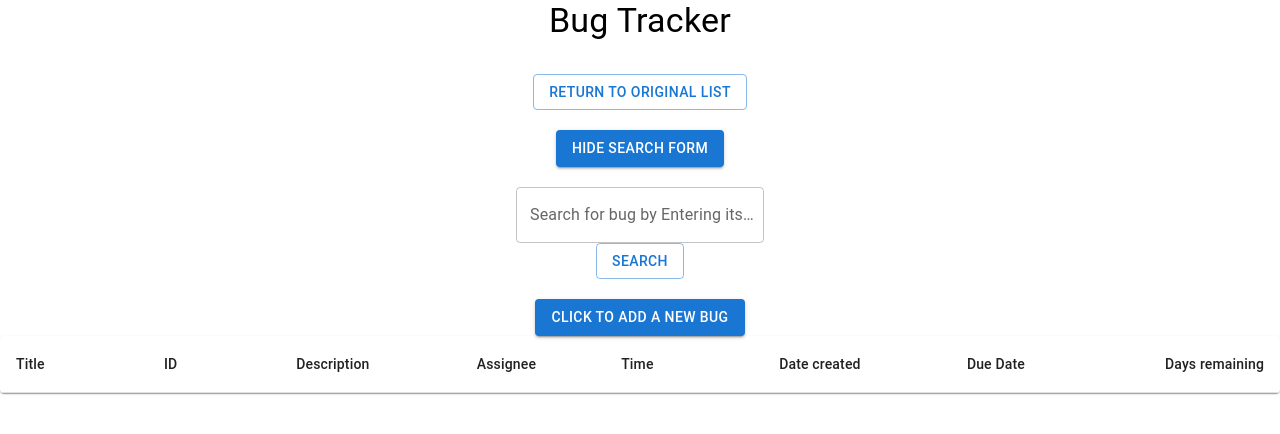
Repository: nj10deadend/RESTAPI-node-with-mongoDB
Page: /bug-table (app in client/frontend/), after clicking the first element matching `button.MuiButton-contained`
The author's editor kept a copy of each file at every save. The page is drawn from the files as they stood at one save, then again after the next save.
The browser window is 1280 px wide. The pictures show the whole page.
The page's requests for data from a server got no answer. The project was rebuilt for these pictures with package versions that can differ from the ones it lists, and the page was loaded fresh each time. No one was signed in, and anything a server would have sent is missing. Also part of the build but not shown: client/frontend/src/components/BugTableCell.js, client/frontend/src/components/Signup.js.

Above is the page before, as saved 2022-01-03 13:50:49.

After the next save:
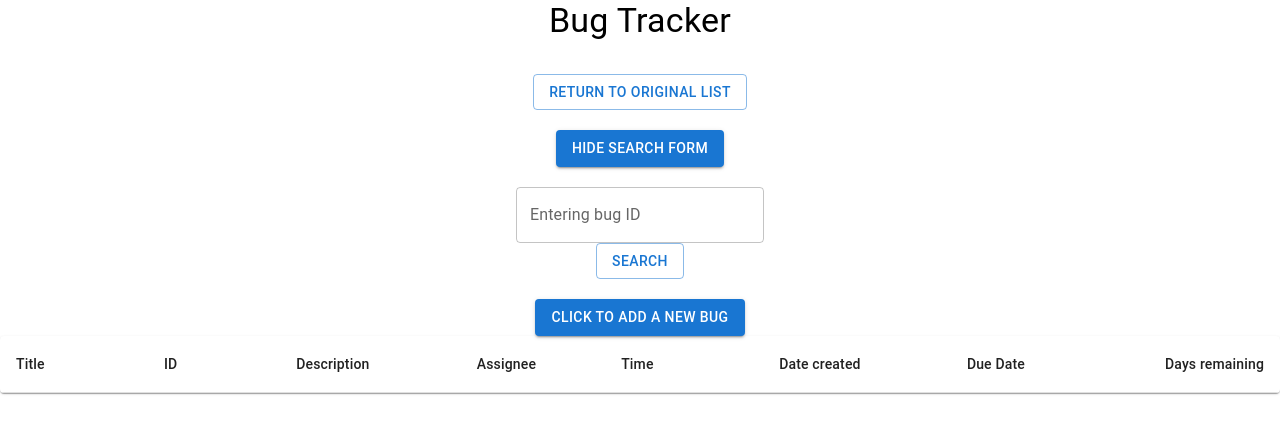
Saved 61 s later.
--- a/client/frontend/src/components/BugSearch.js
+++ b/client/frontend/src/components/BugSearch.js
@@ -33,7 +33,7 @@ function BugSearch ({setBugServer}) {
                 <div>
                     <form onSubmit={onSearch}>
                         <br></br>
-                        <TextField id="outlined-basic" label="Search for bug by Entering its ID"
+                        <TextField id="outlined-basic" label="Entering bug ID"
                         variant="outlined"
                         onChange={(event) => {setSearchId(event.target.value)}}
                         value = {searchId}
